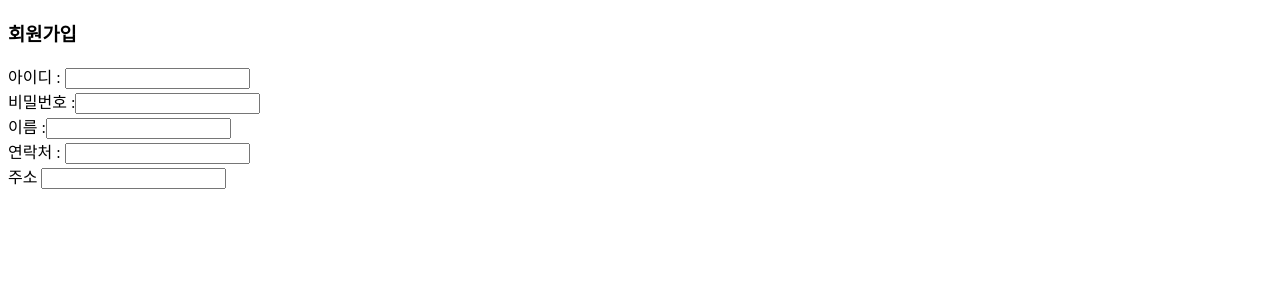
Repository: suinautant/learnCode
Page: http://localhost/JSPBook/ch05/request1.jsp
The author's editor kept a copy of each file at every save. The page is drawn from the files as they stood at one save, then again after the next save.
The browser window is 1280 px wide. The pictures show the whole page.
The page is served by Tomcat 9. Other server files are loaded and not shown.

Above is the page before, as saved 2021-07-01 01:24:24.

### jsp/JSPBook/WebContent/ch05/request1.jsp
<%@ page language="java" contentType="text/html; charset=UTF-8" pageEncoding="UTF-8"%>
<!DOCTYPE html>
<html>
<head>
<meta charset="UTF-8">
<title>request 객체</title>
</head>
<body>
	<h3>회원가입</h3>
	<form name="member" action="process1.jsp" method="post">
	아이디 : <input type="text" name="id" /> <br />
	비밀번호 :<input type="text" name="passwd" /> <br />
	이름 :<input type="text" name="name" /> <br />
	연락처 : <input type="text" name="tel" /> <br />
	주소 <input type="text" name="addr" /> <br />
	</form>
</body>
</html>

After the next save:
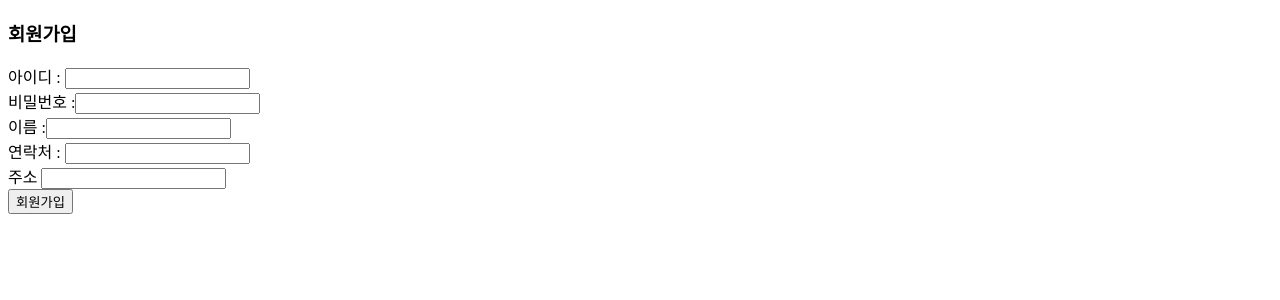
Saved 66 s later.
--- a/jsp/JSPBook/WebContent/ch05/request1.jsp
+++ b/jsp/JSPBook/WebContent/ch05/request1.jsp
@@ -13,6 +13,7 @@
 	이름 :<input type="text" name="name" /> <br />
 	연락처 : <input type="text" name="tel" /> <br />
 	주소 <input type="text" name="addr" /> <br />
+	<input type="submit" value="회원가입" />
 	</form>
 </body>
 </html>
